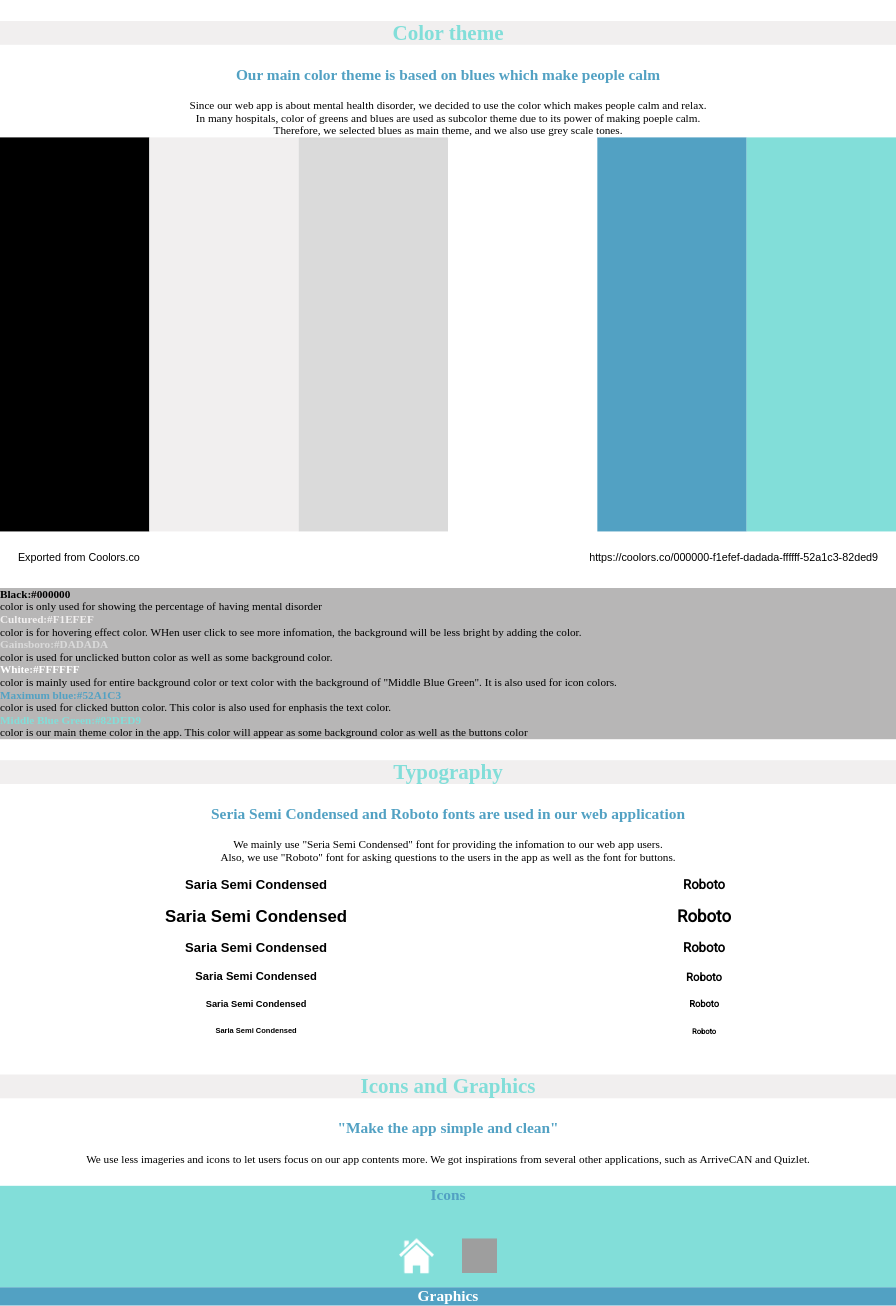
Repository: zzs1/style-guide
Page: style guide/Chisaki_styleGuide_part2/index.html
The author's editor kept a copy of each file at every save. The page is drawn from the files as they stood at one save, then again after the next save.
The browser window is 1280 px wide. The pictures show the whole page, at 70% of full size.
Pictures or frames that could not be fetched are drawn as grey boxes. Some web fonts or font styles are not loaded; a fallback is used.

Above is the page before, as saved 2021-03-21 21:06:36.

### style guide/Chisaki_styleGuide_part2/index.html
<!DOCTYPE html>
<html lang="en">
<head>
  <meta charset="UTF-8">
  <meta name="viewport" content="width=device-width, initial-scale=1.0">
  <title>Style guide - Colour Palette & Typography, Imagery, Graphics -</title>
  <link href ="style.css" rel="stylesheet" />
  <link href="https://fonts.googleapis.com/css2?family=Saira+Semi+Condensed:wght@500&display=swap" rel="stylesheet">
  <link href="https://fonts.googleapis.com/css2?family=Roboto&display=swap" rel="stylesheet">
</head>
<body>
  <div id="main">
    <article>
      <!--Color theme section starts-->
      <section>
        <h1 class="title">Color theme</h1>
        <h3 class="subtitle">Our main color theme is based on blues which make people calm</h3>
        <p>
          Since our web app is about mental health disorder, we decided to use the color which makes people calm and relax.<br>
          In many hospitals, color of greens and blues are used as subcolor theme due to its power of making poeple calm.<br>
          Therefore, we selected blues as main theme, and we also use grey scale tones.
        </p>
        <div id="colorbox">
          <img src="palette.svg" alt="color pallette">
          <p style="background-color: rgb(183, 182, 182); text-align: left; display: flex; flex-direction: column;">
            <strong style="color:#000000;">Black:#000000</strong> color is only used for showing the percentage of having mental disorder<br>
            <strong style="color:#F1EFEF;">Cultured:#F1EFEF</strong> color is for hovering effect color. WHen user click to see more infomation, the background will be less bright by adding the color.<br>
            <strong style="color:#DADADA;">Gainsboro:#DADADA</strong> color is used for unclicked button color as well as some background color.<br>
            <strong style="color:#FFFFFF;">White:#FFFFFF</strong> color is mainly used for entire background color or text color with the background of "Middle Blue Green". It is also used for icon colors.<br>
            <strong style="color:#52A1C3;">Maximum blue:#52A1C3</strong> color is used for clicked button color. This color is also used for enphasis the text color.<br>
            <strong style="color:#82DED9;">Middle Blue Green:#82DED9</strong> color is our main theme color in the app. This color will appear as some background color as well as the buttons color<br>
          </p>
        </div>
      </section>

      <!--typography section starts-->
      <section id="typo">
        <h1 class="title">Typography</h1>
        <h3 class="subtitle">
          Seria Semi Condensed and Roboto fonts are used in our web application
        </h3>
        <p>
          We mainly use "Seria Semi Condensed" font for providing the infomation to our web app users.<br>
          Also, we use "Roboto" font for asking questions to the users in the app as well as the font for buttons.<br>
        </p>
        <div id="typobox">
          <div id="saria">
            <h1>Saria Semi Condensed</h1>
            <h2>Saria Semi Condensed</h2>
            <h3>Saria Semi Condensed</h3>
            <h4>Saria Semi Condensed</h4>
            <h5>Saria Semi Condensed</h5>
            <h6>Saria Semi Condensed</h6>
          </div>
          <div id="roboto">
            <h1>Roboto</h1>
            <h2>Roboto</h2>
            <h3>Roboto</h3>
            <h4>Roboto</h4>
            <h5>Roboto</h5>
            <h6>Roboto</h6>
          </div>
      </div>
      </section>

      <!--icon section starts-->
      <section>
        <h1 class="title">Icons and Graphics</h1>
        <h3 class="subtitle">
          "Make the app simple and clean"
        </h3>
        <p>
          We use less imageries and icons to let users focus on our app contents more. We got inspirations from several other applications, such as ArriveCAN and Quizlet.
        </p>
        <div id="iconbox">
          <h4 class="subtitle">Icons</h4>
          <div id="imgcontainer">
          <img src="home_white.png" alt="home icon" width="50px" height="50px" />
          <img src="back.svg" alt="back home arrow" width="50px" height="50px" />
        </div>
        </div>
        <div id="graphicbox">
          <h4 style="font-size:22px; color:#FFFFFF; margin:0;">Graphics</h4>
          <div> </div>
        </div>
      </section>
  </article>
  </div>
</body>
</html>

### style guide/Chisaki_styleGuide_part2/style.css
body, html{
  margin:0;
  text-align:center;
}
p{
  margin:0;
}
.title{
  font-size:30px;
  color:#82DED9;
  background-color: #F1EFEF;
}
.subtitle{
  font-size:22px;
  color:#52A1C3;
}

#typobox{
  display:flex;

}
#saria {
  font-family: 'Saira Semi Condensed', sans-serif;
  flex-grow: 1;

}
#roboto {
  font-family: 'Roboto', sans-serif;
  flex-grow: 1;
}
#iconbox {
  background-color: #82DED9;
}

#imgcontainer {
  display:flex;
  justify-content: center;
}
#imgcontainer > img {
  margin:20px;
}
#graphicbox {
  background-color:#52A1C3;
}

After the next save:
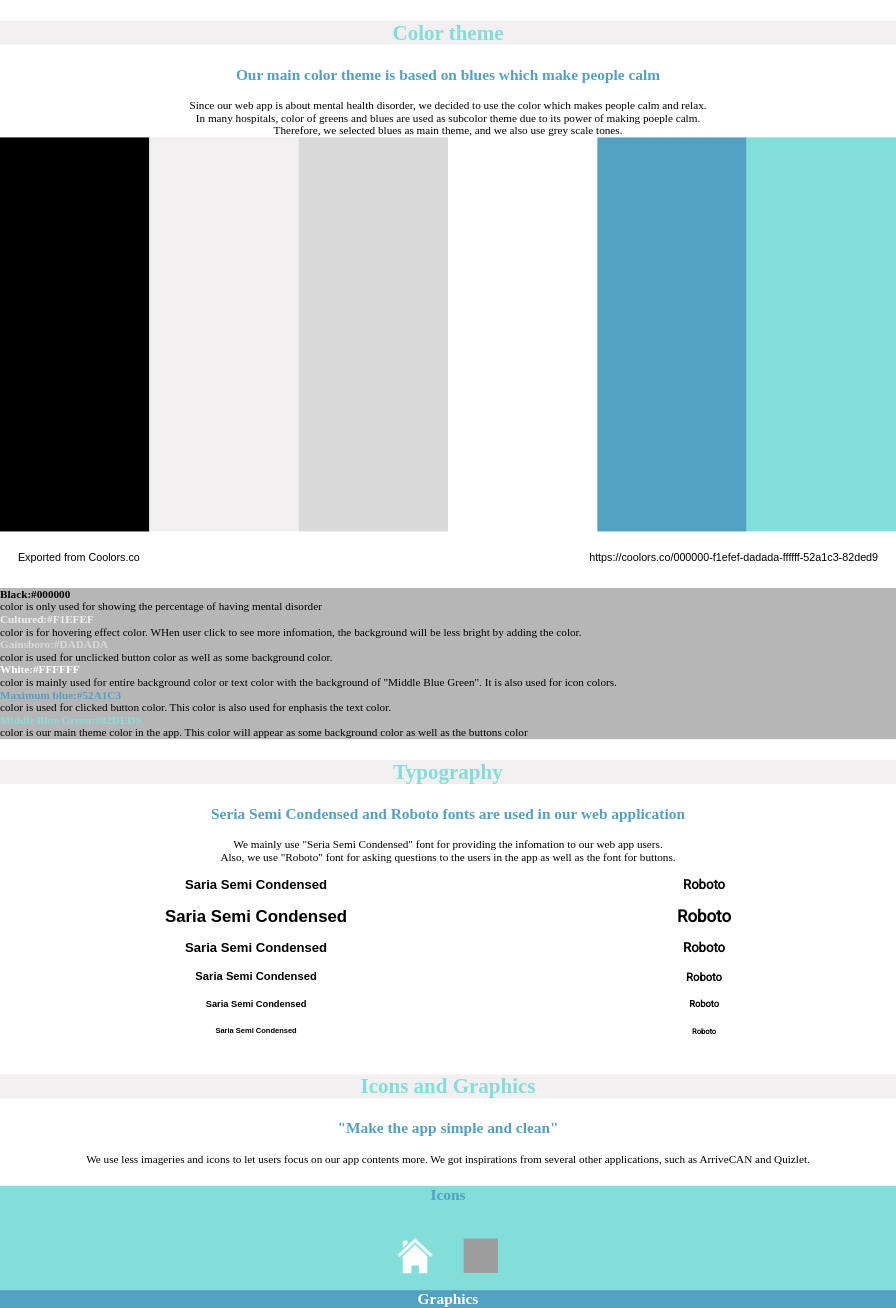
Saved 16 s later.
--- a/style guide/Chisaki_styleGuide_part2/index.html
+++ b/style guide/Chisaki_styleGuide_part2/index.html
@@ -74,14 +74,16 @@
         </p>
         <div id="iconbox">
           <h4 class="subtitle">Icons</h4>
-          <div id="imgcontainer">
+          <div class="imgcontainer">
           <img src="home_white.png" alt="home icon" width="50px" height="50px" />
           <img src="back.svg" alt="back home arrow" width="50px" height="50px" />
         </div>
         </div>
         <div id="graphicbox">
           <h4 style="font-size:22px; color:#FFFFFF; margin:0;">Graphics</h4>
-          <div> </div>
+          <div>
+
+          </div>
         </div>
       </section>
   </article>
--- a/style guide/Chisaki_styleGuide_part2/style.css
+++ b/style guide/Chisaki_styleGuide_part2/style.css
@@ -36,7 +36,7 @@ p{
   display:flex;
   justify-content: center;
 }
-#imgcontainer > img {
+.imgcontainer > img {
   margin:20px;
 }
 #graphicbox {
